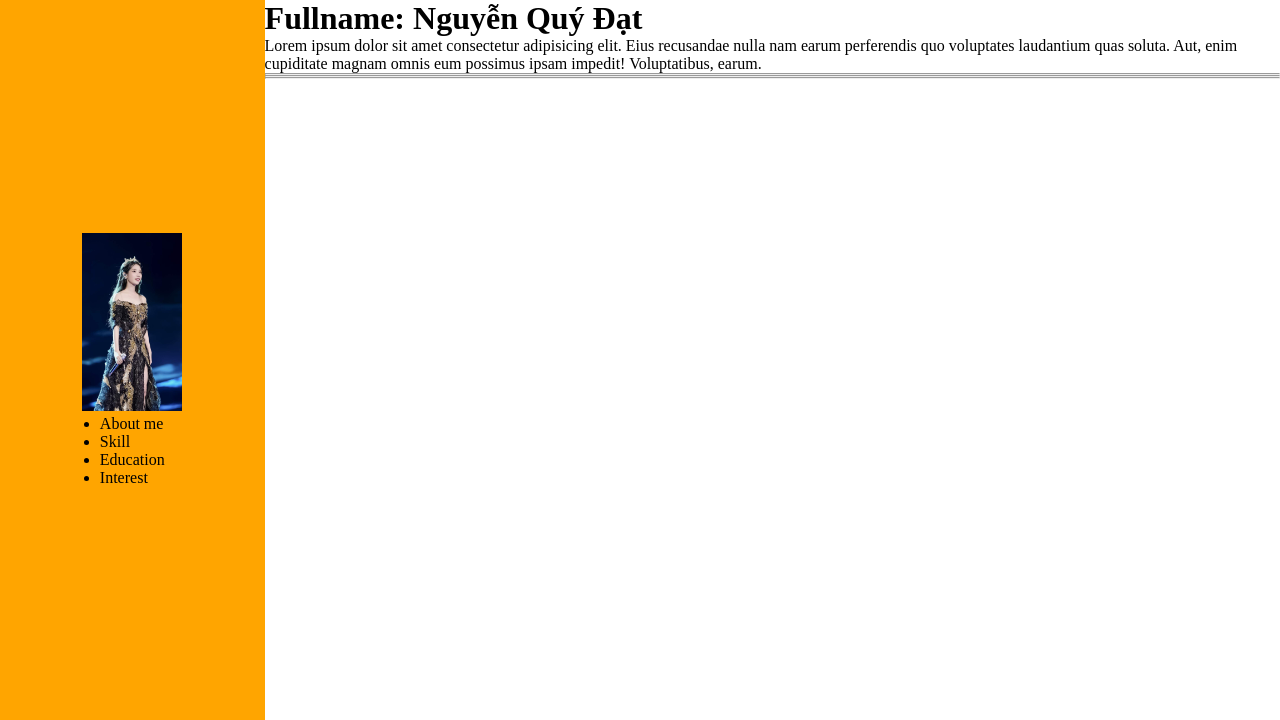
Repository: KinD2704/Web-University
Page: test/index.html
An editor plug-in stored every save of this project. The page is shown before and after the next save, followed by the edit.
The browser window is 1280 px wide. The pictures show the whole page.

Above is the page before, as saved 2023-12-01 22:34:12.

After the next save:
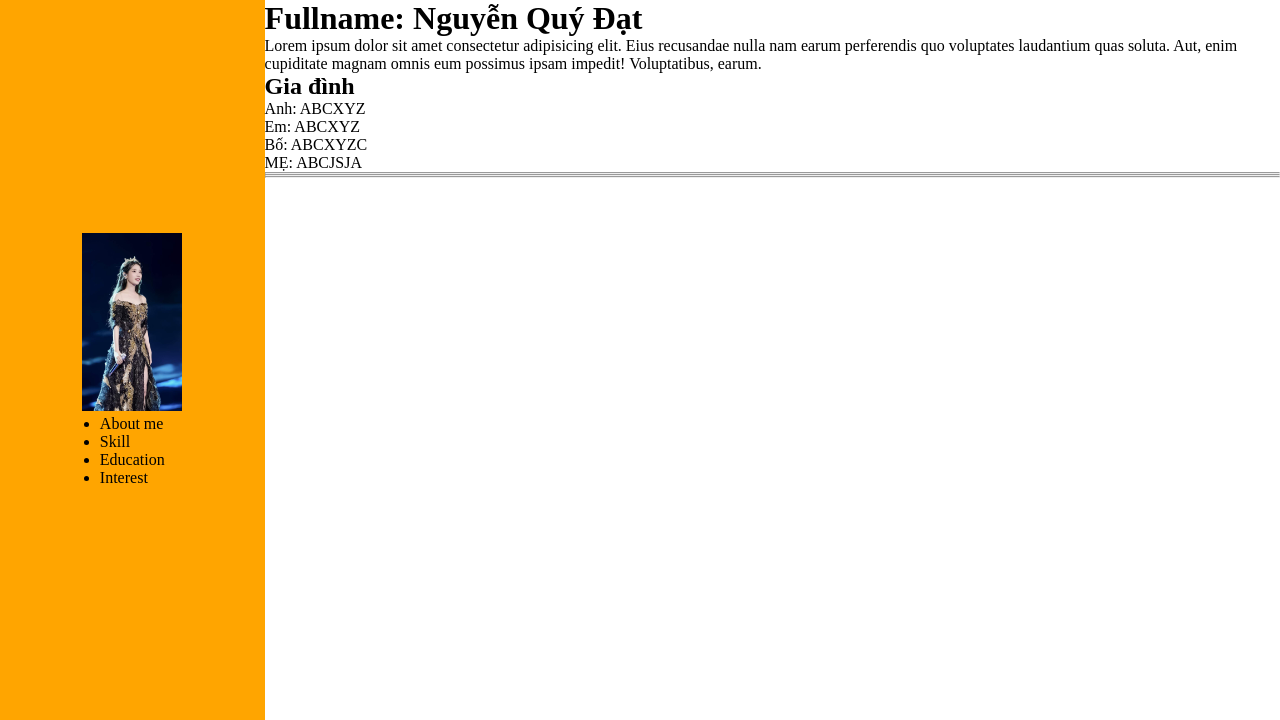
Saved 59 s later.
--- a/test/index.html
+++ b/test/index.html
@@ -35,6 +35,11 @@
                         magnam omnis eum possimus ipsam impedit! Voluptatibus,
                         earum.
                     </p>
+                    <h2>Gia đình</h2>
+                    <p>Anh: ABCXYZ</p>
+                    <p>Em: ABCXYZ</p>
+                    <p>Bố: ABCXYZC</p>
+                    <p>MẸ: ABCJSJA</p>
                 </div>
                 <hr />
                 <div class="Skill"></div>
